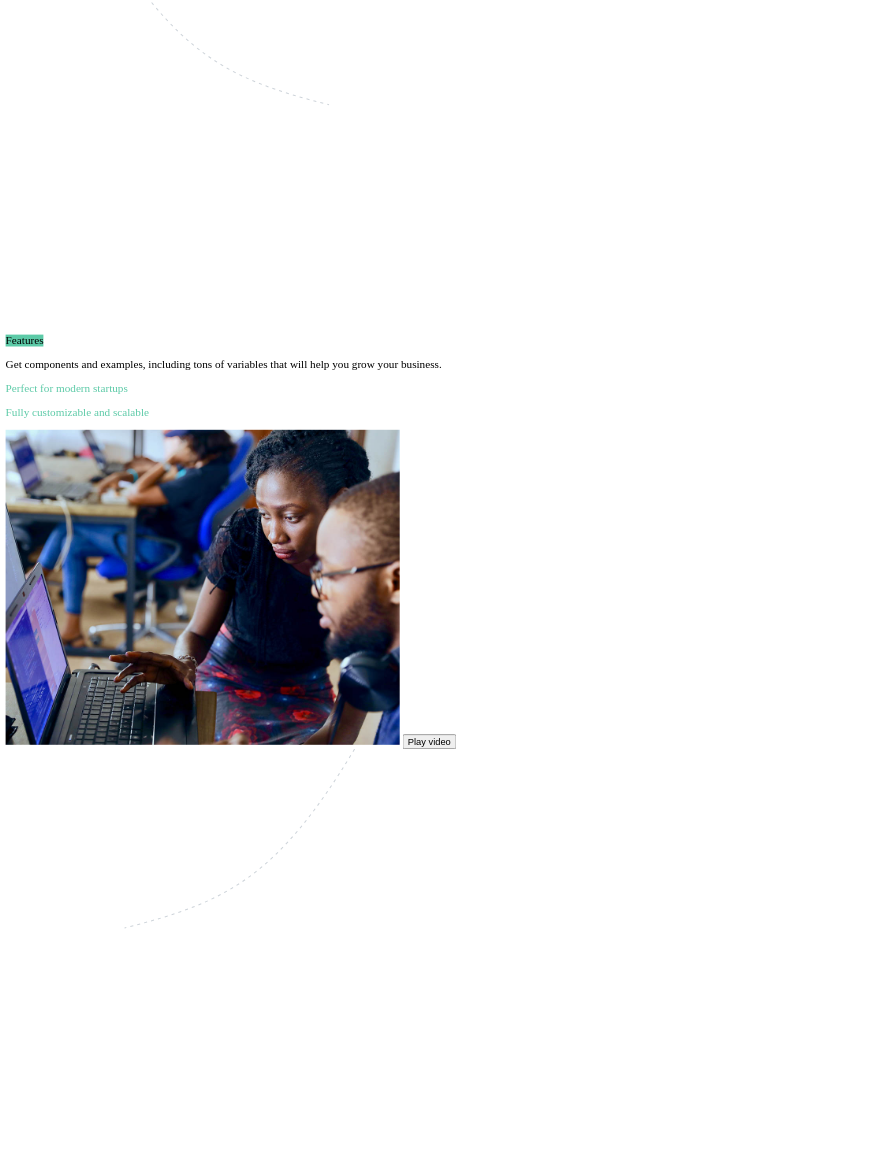
Repository: brandonc16/odoo-task
Page: components/hero.html
These files come from the project's save history. The page is drawn as it stood at one moment and after the next save; the edit follows.
The browser window is 1280 px wide. The pictures show the part of the page from y = 1250 to 3170 px (the page is 2912 px tall before and 3170 px after), at 70% of full size.

Above is the page before, as saved 2026-03-16 02:22:35.

### components/hero.html
<!-- SECTION CARD  -->
<div class="bg-primary text-white hero-style pb-10">
  <div class="pt-5">
    <div class="row align-items-center px-lg-10">
      <div class="col-12 col-lg-6 mb-5 mb-lg-0">
        <p class="display-4 fw-bold mb-4">Development<br />done right</p>
        <p
          class="mb-4 text-white-50"
          style="font-size: 1.1rem; max-width: 400px"
        >
          Build a beautiful, modern website with flexible components built from
          scratch.
        </p>
        <button
          class="btn btn-light text-primary rounded-2 d-inline-flex align-items-center gap-2 fw-bold px-4 py-2 mb-5"
        >
          Get started <span class="fs-5">+</span>
        </button>

        <div class="d-flex align-items-center gap-4 flex-wrap mt-3">
          <span class="small text-white-50">Trusted by:</span>
          <span class="fw-bold d-flex align-items-center gap-1"
            ><i class="bi bi-google"></i>Google</span
          >
          <span class="fw-bold d-flex align-items-center gap-1"
            ><i class="bi bi-spotify"></i>Spotify</span
          >
          <span class="fw-bold fs-5">airbnb</span>
          <span class="fw-bold d-flex align-items-center gap-1"
            ><i class="bi bi-paypal"></i>PayPal</span
          >
        </div>
      </div>
      <div class="col-12 col-lg-6">
        <div
          class="card bg-white border-0 shadow-lg p-4 text-dark"
          style="
            border-radius: 1.5rem 1.5rem 4.5rem 1.5rem;
            max-width: 420px;
            margin: 0 auto;
          "
        >
          <div class="d-flex justify-content-between align-items-center mb-4">
            <p class="fw-bold" style="font-size: 0.85rem">Manage cards</p>
            <button
              class="btn btn-outline-secondary btn-sm px-3 rounded-2"
              style="font-size: 0.85rem"
            >
              Add new
            </button>
          </div>
          <div
            class="bg-card-dark text-white p-4 mb-4 shadow-sm"
            style="border-radius: 1rem"
          >
            <div class="d-flex justify-content-between align-items-start mb-4">
              <div class="d-flex">
                <a class="navbar-brand fw-fold fs-3" href="#">
                  <img
                    src="/assets/mastercard.svg"
                    alt="Odoo logo"
                    height="35"
                    class="d-inline-block align-text-top"
                  />
                </a>
              </div>
              <p
                class="badge bg-success text-success text-white border border-success border-opacity-25 px-2 py-1"
              >
                Active
              </p>
            </div>
            <p
              class="text-white-50 mb-1"
              style="font-size: 0.6rem; letter-spacing: 1px"
            >
              CARD NUMBER
            </p>
            <p class="mb-4" style="letter-spacing: 2px">
              4358 - 7421 - 9256 -6682
            </p>

            <div class="d-flex justify-content-between">
              <div>
                <p
                  class="text-white-50 mb-0"
                  style="font-family: 0.6rem; letter-spacing: 1px"
                >
                  NAME
                </p>
                <p class="mb-0 fw-bold small">John Snow</p>
              </div>
              <div>
                <p
                  class="text-white-50 mb-0"
                  style="font-family: 0.6rem; letter-spacing: 1px"
                >
                  EXPIRY DATE
                </p>
                <p class="mb-0 fw-bold small">11/23</p>
              </div>
            </div>
          </div>

          <div class="justify-content-between align-items-center mb-2">
            <div class="d-flex justify-content-between">
              <p class="mb-0 fw-bold">Starbucks</p>

              <span class="text-muted">$5,50 USD</span>
            </div>
            <p class="mb-0 text-muted" style="font-size: 0.85rem">
              Pending - San Francisco, United States
            </p>
            <hr
              class="text-secondary justify-content-between align-items-center mb-4"
            />

            <div class="d-flex justify-content-between">
              <p class="mb-0 fw-bold">Nike Sports</p>

              <span class="text-muted">$129,00 USD </span>
            </div>
            <p class="mb-0 text-muted" style="font-size: 0.85rem">
              Pending - Lisbon, Portugal
            </p>
            <hr
              class="text-secondary justify-content-between align-items-center mb-4"
            />

            <a href="#" class="text-decoration-underline text-primary"
              >View all</a
            >
          </div>
        </div>
      </div>
    </div>
  </div>
</div>
<!-- SECTION TOOLS -->

<div class="py-5 my-5">
  <div class="px-lg-10">
    <div class="row align-items-center">
      <div class="col-12 col-lg-6 mb-5 mb-lg-0">
        <div
          class="card border border-light border-1 shadow-sm p-4 p-lg-5 rounded-3 position-relative mt-n4 mt-lg-n5"
        >
          <div style="width: 90%">
            <p class="fw-bold mb-4 display-6">Awesome Projects</p>
            <div class="mb-4 p-3">
              <p class="fw-bold mb-2" style="font-size: 0.95">
                Create the new logo
              </p>
              <div class="progress rounded-pill" style="height: 6px">
                <div class="progress-bar- bg-warning" style="width: 45%"></div>
              </div>
            </div>
            <div class="mb-4 p-3">
              <p class="fw-bold mb-2" style="font-size: 0.95">
                Set up the color palette
              </p>
              <div class="progress rounded-pill" style="height: 6px">
                <div class="progress-bar- bg-warning" style="width: 60%"></div>
              </div>
            </div>

            <div class="mb-2 p-3">
              <div
                class="d-flex justify-content-between align-items-center mb-2"
              >
                <span class="fw-bold" style="font-size: 0.95rem">
                  Wireframe and prototype</span
                >
                <span style="font-size: 0.86rem"
                  >6:50 <i class="bi bi-chevron-right small"></i
                ></span>
              </div>

              <div class="progress rounded-pill" style="height: 6px">
                <div class="progress-bar- bg-warning" style="width: 80%"></div>
              </div>
            </div>
          </div>
        </div>
      </div>

      <div
        class="col-12 col-lg-5 offset-lg-1 text-center text-lg-start mt-5 mt-lg-0"
      >
        <span
          class="badge bg-warning text-white px-3 py-2 rounded-pill mb-4 fs-6"
        >
          Tools
        </span>
        <p class="display-6 fw-bold mb-4">
          We build for designers and developers
        </p>
        <p
          class="text-muted fs-5 mb-3"
          style="max-width: 500px; margin: 0 auto"
        >
          Get components and examples, including tons of variables that will
          help you grow your bussines.
        </p>

        <div
          class="mt-4 mt-lg-5"
          style="width: 100%; max-width: 400px; z-index: 2"
        >
          <div class="rounded-2 overflow-hidden shadow-sm position-relative">
            <img
              src="/assets/img_01.jpg"
              alt="Team working"
              height="55"
              class="img-fluid w-100"
              style="height: 200px; object-fit: cover"
            />
            <button
              class="btn btn-light position-absolute top-0 end-0 m-3 fw-bold shadow-sm d-flex align-items-center gap-2 rounded-3"
            >
              Play video <i class="bi bi-play-fill"></i>
            </button>
          </div>
        </div>
      </div>
    </div>
  </div>
</div>

<svg
  class="position-absolute"
  style="
    top: 167%;
    left: 25%;
    z-index: 0;
    pointer-events: none;
    width: 50%;
    height: 83%;
  "
  viewBox="0 0 500 800"
  fill="none"
  xmlns="http://www.w3.org/2000/svg"
>
  <path
    d="M0,0 C150,250 250,300 450,350"
    stroke="#ced4da"
    stroke-width="2"
    stroke-dasharray="6 8"
    fill="none"
  />

  <!--   <path
    d="M400,600 C300,750 250,850 100,1000"
    stroke="#ced4da"
    stroke-width="2"
    stroke-dasharray="6 8"
    fill="none"
  /> -->
</svg>

<!-- SECTION FEATURES -->

<div class="py-5 my-5 position-relative overflow-hidden">
  <div class="row px-lg-10 align-items-center">
    <div class="col-12 col-lg-5 mb-5 mb-lg-0">
      <span
      class="badge text-white px-3 py-2 rounded-pill mb-4 fs-6"
      style="background-color: #5ccaa7"
    >
    Features
    </span>

      <p class="fw-bold fs-4 mb-5">
        Get components and examples, including tons of variables that will help
        you grow your business.
      </p>

      <div class="d-flex flex-column gap-3">
        <div class="d-flex align-items-center gap-3">
          <i class="bi bi-check-circle-fill fs-5" style="color: #5ccaa7"></i>
          <p class="fw-medium mt-3" style="color: #5ccaa7">
            Perfect for modern startups
          </p>
        </div>
      </div>
      <div class="d-flex flex-column gap-3">
        <div class="d-flex align-items-center gap-3">
          <i class="bi bi-check-circle-fill fs-5" style="color: #5ccaa7"></i>
          <p class="fw-medium mt-3" style="color: #5ccaa7">
            Fully customizable and scalable
          </p>
        </div>
      </div>
    </div>

    <div
    class="col-12 col-lg-6 offset-lg-1"
  >
  <div class="position-relative  shadow-lg rounded-3 overflow-hidden;">

    <img
    src="/assets/img_02.jpg"
    alt="Team working"
    height="auto"
    class="img-fluid w-100"
    style="height: 450px; object-fit: cover"
  />
  <button
  class="btn btn-light position-absolute top-0 end-0 m-3 fw-bold shadow-sm d-flex align-items-center gap-2 rounded-3"
>
  Play video <i class="bi bi-play-fill"></i>
</button>
  </div>


  </div>
  </div>
</div>


<!-- Section technology -->


  <svg
  class="position-absolute"
  style="
    top: 243%;
    left: 25%;
    z-index: 0;
    pointer-events: none;
    width: 50%;
    height: 83%;
    transform: scaleX(-1);


  "
  viewBox="0 0 500 800"
  fill="none"
  xmlns="http://www.w3.org/2000/svg"
>
  <path
    d="M0,0 C150,250 250,300 450,350"
    stroke="#ced4da"
    stroke-width="2"
    stroke-dasharray="6 8"
    fill="none"
  />

</svg>

After the next save:
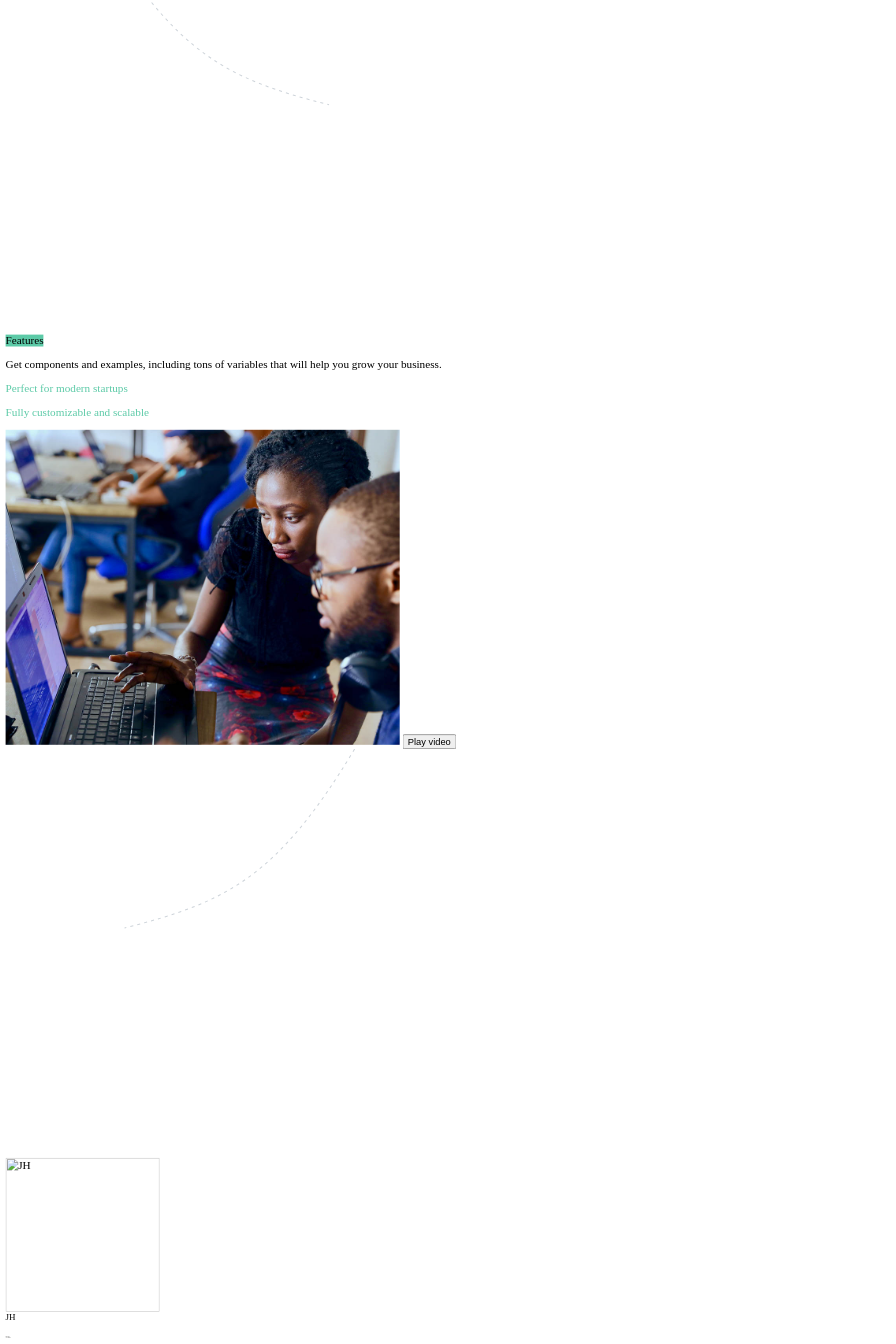
Saved 12 min 17 s later.
--- a/components/hero.html
+++ b/components/hero.html
@@ -347,3 +347,43 @@
   />
 
 </svg>
+
+
+<!-- section technology -->
+
+<div class="py-5 my-5 position-relative overflow-hidden">
+  <div class="px-lg-10 position-relative " style="z-index: 1;">
+  <div class="row align-items-center">
+    <div class="col-12 col-lg-6 mb-5 mb-lg-0">
+      <div class="col-12 col-sm-6">
+        <div class="card border-0 shadow-sm rounded-4 overflow-hidden">
+          <img
+          src=""
+           alt="JH"
+           style="height:220px; object-fit:cover;">
+
+           <div class="card-body d-flex align-items-center justify-content-between p-4">
+            <div class="d-flex align-items-center gap-2">
+              <div class="rounded-circle bg-warning text-white d-flex align-items-center justify-content-center fw-bold"
+              style="width: 35px; height:35px ;font-size:0.8rem">
+              JH
+
+            </div>
+            <span class="fw-bold mb-0" style="font-size: 0.9;">
+            Jimmy Hendrix</span>
+            </div>
+            <i class="bi bi-check-lg fs-5"></i>
+           </div>
+
+           <div
+           >
+          <p  class="fw-bold mb-0"
+          style="font-size: 0.95">
+        300 + components
+        </p></div>
+        </div>
+      </div>
+    </div>
+  </div>
+  </div>
+</div>
